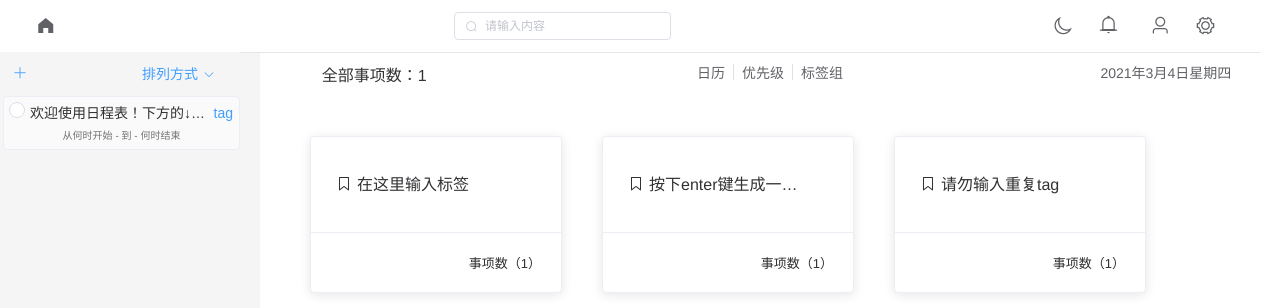
Repository: sierra0114/project01
Page: /#/tags
These files come from the project's save history. The page is drawn as it stood at one moment and after the next save; the edit follows.
The browser window is 1280 px wide. The pictures show the whole page.
The project was rebuilt for these pictures with package versions that can differ from the ones it lists, and the page was loaded fresh each time. Also part of the build but not shown: vue.config.js, src/components/Approaching.vue, src/components/Expired.vue, src/components/System.vue, src/components/Calendar.vue, src/components/User.vue, src/components/Login.vue, src/components/Register.vue and 2 more.

Above is the page before, as saved 2021-03-04 00:34:08.

### public/index.html
<!DOCTYPE html>
<html>

<head>
  <meta charset="utf-8">
  <meta name="viewport" content="width=device-width,initial-scale=1.0">
  <title>日程表</title>
  <style media="screen" type="text/css">
    body {
      font-family: "Helvetica Neue", Helvetica, "PingFang SC", "Hiragino Sans GB", "Microsoft YaHei", "微软雅黑", Arial, sans-serif;
      margin: 0;
      padding: 0;
      overflow-y: hidden;
      overflow-x: hidden;
      color: #333333;
      width: 100vw;
      height: 100vh;
    }

    #appLoading {
      width: 100%;
      height: 100%;
      background-color: rgb(130, 161, 177);
      z-index: 9999;
    }

    #loadingImg {
      border-radius: 50%;
      position: absolute;
      top: 45%;
      left: 48%;
      translate: 1s ease-in-out 0;
      animation: rotate 1s linear infinite;
    }


    /* 覆盖user页面里默认的图标颜色 */

    .el-icon-basketball:before {
      content: "\e7a5";
      color: rgb(224, 130, 53);
    }

    .el-icon-cold-drink:before {
      content: "\e7a5";
      color: rgb(235, 231, 47);
    }

    .el-icon-grape:before {
      content: "\e7a5";
      color: rgb(74, 55, 97);
    }

    .el-icon-apple:before {
      content: "\e7a5";
      color: rgb(175, 56, 56);
    }

    .el-icon-lollipop:before {
      content: "\e7a5";
      color: rgb(75, 165, 218);
    }

    .el-icon-coffee:before {
      content: "\e7a5";
      color: rgb(107, 79, 62);
    }

    .el-icon-user-solid:before {
      content: "\e7a5";
      color: rgb(227, 235, 243);
    }
  </style>
</head>

<body>
  <div id="appLoading">
    <div id="loadingImg">
      <svg t="1613764102468" class="icon" viewBox="0 0 1024 1024" version="1.1" xmlns="http://www.w3.org/2000/svg"
        p-id="6649" data-spm-anchor-id="a313x.7781069.0.i24" width="48" height="48">
        <path
          d="M546.462897 266.292966c-73.410207 0-133.15531-59.727448-133.155311-133.137656C413.307586 59.762759 473.05269 0 546.462897 0c73.410207 0 133.12 59.727448 133.12 133.15531 0 73.410207-59.709793 133.137655-133.12 133.137656z m-283.453794 105.736827c-67.054345 0-121.626483-54.554483-121.626482-121.644138s54.572138-121.644138 121.626482-121.644138a121.767724 121.767724 0 0 1 121.608828 121.644138c0 67.054345-54.554483 121.644138-121.608828 121.644138zM142.547862 647.185655A107.343448 107.343448 0 0 1 35.310345 539.895172a107.343448 107.343448 0 0 1 107.237517-107.237517 107.343448 107.343448 0 0 1 107.219862 107.237517 107.343448 107.343448 0 0 1-107.219862 107.272828z m120.461241 272.595862a91.047724 91.047724 0 0 1-90.941793-90.959448 91.065379 91.065379 0 0 1 90.924138-90.941793 91.065379 91.065379 0 0 1 90.941793 90.941793c0 50.14069-40.783448 90.959448-90.924138 90.959448zM546.462897 1024a79.518897 79.518897 0 0 1-79.448276-79.448276c0-43.820138 35.645793-79.448276 79.448276-79.448276a79.518897 79.518897 0 0 1 79.43062 79.448276c0 43.820138-35.628138 79.448276-79.448276 79.448276z m287.744-134.285241a64.194207 64.194207 0 0 1-64.123587-64.123587 64.194207 64.194207 0 0 1 64.123587-64.123586 64.194207 64.194207 0 0 1 64.123586 64.123586 64.194207 64.194207 0 0 1-64.123586 64.123587z m117.848275-296.695173a52.683034 52.683034 0 0 1-52.612413-52.612414 52.683034 52.683034 0 0 1 52.612413-52.630069 52.70069 52.70069 0 0 1 52.630069 52.612414 52.718345 52.718345 0 0 1-52.630069 52.630069z m-158.667034-338.696827a40.818759 40.818759 0 1 0 81.655172 0.017655 40.818759 40.818759 0 0 0-81.655172 0z"
          p-id="6650" data-spm-anchor-id="a313x.7781069.0.i23" class="" fill="#ffffff"></path>
      </svg>
    </div>
  </div>

  <div id="app"></div>

</body>

</html>

### src/layout/AppMain.vue
<template>
  <el-container>
    <el-header height="52px">

      <Header @to-appmain="refSidbar"></Header>

    </el-header>
    <el-container v-if="!noSidebar">
      <el-aside width="260px">

        <Sidbar ref="Sidbar"></Sidbar>

      </el-aside>
      <el-main>

        <router-view name="Main"></router-view>

      </el-main>

    </el-container>

  </el-container>
</template>
<script>
import Header from '../components/Header'
import Sidbar from '../components/Sidbar'
// import Main from '../components/Main'
import dataBase from '../data/dataBase.js'
export default {
  name: 'AppMain',
  components: {
    Header,
    Sidbar
  },
  computed: {},
  data () {
    return {
      msg: 'hello',
      noSidebar: false
    }
  },
  methods: {
    refSidbar (info) {
      this.$refs.Sidbar.passThisToForm(info)
    }
  },
  created () {
    dataBase() // 初始化数据库
  }
}
</script>
<style scoped>
.el-header,
.el-footer {
  text-align: center;
  line-height: 50px;
  height: 50px;
}
Header {
  line-height: 50px;
  height: 50px;
}

.el-aside {
  background-color: rgb(245, 245, 245);
  text-align: center;
}

.el-main {
  text-align: center;
  padding: 10px;
}

body > .el-container {
  margin-bottom: 0;
  width: 100vw;
  height: 100vh;
}

.el-container:nth-child(5) .el-aside,
.el-container:nth-child(6) .el-aside {
  line-height: 260px;
}

.el-container:nth-child(7) .el-aside {
  line-height: 320px;
}

/* header {
  display: flex;
  position: fixed;
  top: 0;
  left: 0;
  width: 100vw;
  height: 40px;
  background-color: rgb(255, 0, 0);
}
sidbar {
  display: flex;
  width: 200px;
  background-color: rgb(200, 255, 0);
}
main {
  position: relative;
  display: flex;

  top: 40px;
  left: 0;
  right: 0;
  background-color: rgb(0, 255, 13);
}
full-calendar {
flex-grow: 1;
  background-color: rgb(0, 255, 255);
} */
</style>

### src/components/Sidbar.vue


<template id='Sidbar'>
  <div class="Sidbar">
    <div class="container">
      <el-row>
        <el-col :span="24">
          <Form @bindFunc="getListFromForm" ref="drawer"></Form>
          <div class="view-change">
            <el-dropdown
              size="medium"
              placement="bottom"
              @command="handleCommand"
            >
              <span class="drop-down-link"
                >排列方式<i class="el-icon-arrow-down el-icon--right"></i
              ></span>
              <el-dropdown-menu slot="dropdown">
                <el-dropdown-item command="a">时间顺序</el-dropdown-item>
                <el-dropdown-item command="b">时间逆序</el-dropdown-item>
                <!-- <el-dropdown-item command="c">螺蛳粉</el-dropdown-item>
              <el-dropdown-item command="d" disabled>双皮奶</el-dropdown-item>
              <el-dropdown-item command="e" divided>蚵仔煎</el-dropdown-item> -->
              </el-dropdown-menu>
            </el-dropdown>
          </div>
        </el-col>
      </el-row>
    </div>

    <div class="empty"></div>
    <div class="cards" v-if="!isReverse">
      <SidbarCard
        v-for="item in this.resovedList"
        :key="item.reKey"
        :info="item"
        @openForm-between="passThisToForm"
      ></SidbarCard>
      <!-- info绑定的是子组件的props的属性 -->
    </div>
    <div class="cards" v-else>
      <SidbarCard
        v-for="item in this.resovedListReverse"
        :key="item.reKey"
        :info="item"
        @openForm-between="passThisToForm"
      ></SidbarCard>
      <!-- info绑定的是子组件的props的属性 -->
    </div>

    <div class="empty"></div>
  </div>
</template>

<script>
import SidbarCard from "./SidbarCard.vue";
import Form from "./Form";

export default {
  name: "Sidbar",
  data() {
    return {
      list: [], // 从数据库取得的所有数据数组
      resovedList: [], // 解析list以得到的缩略版本，顺序数组，传递给子组件sidbarCard
      resovedListReverse: [], // 和resovedList一样，逆序数组，传递给子组件sidbarCard

      // flag
      isReverse: false, // 数组是否逆序
    };
  },
  components: {
    SidbarCard,
    Form,
  },
  methods: {
    getListFromForm(list) {
      // eslint-disable-next-line no-unused-vars
      this.list = list;
    },
    getList() {
      let db; // 数据库对象
      let objStore; // 对象仓库
      let request; // 请求
      let transaction; // 连接事务
      let readRequest; // 读写事务

      request = window.indexedDB.open("db"); // 连接数据库
      request.onerror = () => {
        // 请求失败
        // console.log('连接数据库请求 失败 ！因为' + event)
      };

      request.onsuccess = (event) => {
        // 请求成功
        db = event.target.result;
        // db=request.result  一样的效果
        // console.log('连接数据库请求 成功 ')
        transaction = db.transaction("info", "readwrite"); // 开启读写事务
        objStore = transaction.objectStore("info"); // 指定事务为‘info’对象仓库的事务
        readRequest = objStore.getAll(null);

        readRequest.onerror = () => {
          // console.log('读写事务 失败！')
        };
        readRequest.onsuccess = () => {
          // console.log('读写事务 成功！已经获取到了list数据')
          this.list = readRequest.result;
          console.log("侧边栏获取到了list，它的值为：");
          console.log(this.list);
        };
      };
    },
    toColorClass(item) {
      let Class = "";
      let color = item.color;
      switch (color) {
        case "red":
          Class = "danger";
          break;
        case "blue":
          Class = "primary";
          break;
        case "green":
          Class = "success";
          break;
        case "yellow":
          Class = "warning";
          break;
        case "grey":
          Class = "info";
          break;
        case "":
          Class = "";
      }
      return Class;
    },
    getTime(item, num) {
      let timeObj = item.time[num];
      // eslint-disable-next-line valid-typeof
      if (typeof timeObj === null) {
        // time对象的类型为null（time对象为空
        return "时间对象不存在";
        // eslint-disable-next-line valid-typeof
      } else if (typeof timeObj === "string") {
        // time对象的类型为string（初始化数据的情况
        return timeObj;
      } else {
        let timetr = getTimeStr();
        return timetr;
      }
      function getTimeStr() {
        if (typeof timeObj === "object") {
          const day = timeObj.getDay();
          const date = timeObj.getDate();
          const month = timeObj.getMonth() + 1;
          const year = timeObj.getFullYear();
          const weekMap = [
            "",
            "星期一",
            "星期二",
            "星期三",
            "星期四",
            "星期五",
            "星期六",
            "星期日",
            "",
          ];
          const timeStr = year + "/" + month + "/" + date + " " + weekMap[day];
          return timeStr;
        }
      }
    },
    getTag(item) {
      let tags = [];
      let reTags = "";
      tags = item.tags;
      for (let i in tags) {
        reTags += "#" + tags[i] + " ";
      }
      return reTags;
    },
    getTagFlag(item) {
      let tags = [];
      tags = item.tags;

      if (tags.length === 0) {
        return false;
      } else {
        return true;
      }
    },
    getResovedList() {
      let resovedList = [];
      for (let i in this.list) {
        let item = this.list[i];
        let reTime = item.time;
        let reKey = item.key;
        let reMainText = item.mainText;
        let reColor = this.toColorClass(item);
        let reTimeFrom = this.getTime(item, 0);
        let reTimeTo = this.getTime(item, 1);
        let reTag = this.getTag(item);
        let tagFlag = this.getTagFlag(item);

        let resovedItem = {
          reTime,
          reMainText,
          reColor,
          reTimeFrom,
          reTimeTo,
          reTag,
          tagFlag,
          reKey,
        };

        resovedList.push(resovedItem);
      }
      resovedList.sort((a, b) => {
        return a.reTime[0] - b.reTime[0];
      });
      console.log("22222222222222");
      console.log(resovedList);
      return resovedList;
    },
    passThisToForm(keyOrInfo) {
      // 有两个调用来源：
      // 1从子组件sidbarCard的emit（参数为一个事项的key）
      // 2从父组件appmian的ref（参数为一个事项的全部信息）
      if (keyOrInfo.mainText) {
        let info = keyOrInfo;
        this.$refs.drawer.open(info); // 调用form的openForm方法
      } else {
        let key = keyOrInfo;
        for (let i in this.list) {
          if (this.list[i].key === key) {
            let info = this.list[i];
            this.$refs.drawer.open(info); // 调用form的openForm方法
            return;
          }
        }
      }
    },
    // --------------------------------------------------------------------------------------------------
    // --------------------------------------     下拉菜单指令     --------------------------------------
    // --------------------------------------------------------------------------------------------------
    handleCommand(command) {
      if (command === "a") {
        this.isReverse = false;
        console.log(this.isReverse);
        this.$message("正序");
      } else if (command === "b") {
        this.isReverse = true;
        console.log(this.isReverse);
        this.$message("逆序");
      }
    },
  },
  // --------------------------------------     whath     --------------------------------------
  watch: {
    list: {
      handler() {
        console.log("侧边栏的list更新了");
        this.resovedList = this.getResovedList();
        this.resovedListReverse = [...this.resovedList].reverse(); // 浅拷贝
        console.log("1111111111");
        console.log(this.resovedListReverse);
        console.log(this.resovedList);
      },
    },
    resovedList: {
      handler() {
        console.log("侧边栏的resovedList更新了");
      },
    },
  },
  // --------------------------------------     created     --------------------------------------

  created() {
    this.getList();
    console.log("侧边栏被创建了");
  },
  // --------------------------------------     beforeMount     --------------------------------------

  beforeMount() {
    this.resovedList = this.getResovedList();
  },
};
</script>

<!-- Add "scoped" attribute to limit CSS to this component only -->

<style scoped>
* {
  translate: 0.5s;
  font-weight: normal;
  font-size: 14px;
}
.Sidbar {
  display: block;
  background-color: rgb(245, 245, 245);

  max-height: 90vh;
  padding-right: 25px;
  overflow-y: auto;
  overflow-y: overlay;
  overflow-x: hidden;
}

.el-dropdown-link,
span {
  cursor: pointer;
  color: #409eff;
}
.el-icon-arrow-down {
  font-size: 12px;
}
.el-row {
  white-space: nowrap;
  width: fit-content;
  margin-top: 1px;

  position: fixed;
  width: 230px;
  background-color: rgb(245, 245, 245);
}
.el-col {
  display: flex;
  justify-content: space-between;
  align-items: center;
}
.container {
  position: fixed;
  width: 240px;
  height: 42px;
  background-color: rgb(245, 245, 245);
}
.newButton {
  font-size: bolder;
  padding-left: 20px;
}
.view-change {
  padding-right: 15px;
}
.empty {
  background-color: rgb(245, 245, 245);
  height: 42px;
}
.el-divider {
  top: 40px;
  margin: 0;
}
</style>

### src/components/Main.vue
<template>
  <div class="main">
    <el-row class="nav">
      <el-col :span="5">全部事项数：{{ eventsCountAll }}</el-col>

      <el-col :span="14">
        <router-link :to="{ name: 'calendar' }">
          <el-link>日历</el-link>
        </router-link>

        <el-divider direction="vertical"></el-divider>

        <router-link :to="{ name: 'priority' }">
          <el-link>优先级</el-link>
        </router-link>

        <el-divider direction="vertical"></el-divider>

        <router-link :to="{ name: 'tags' }">
          <el-link>标签组</el-link>
        </router-link>
      </el-col>
      <el-col :span="5">
        <el-link v-on:click="toToday">{{ today }}</el-link>
      </el-col>
    </el-row>
    <el-row class="view">
      <router-view></router-view>
    </el-row>
  </div>
</template>

<script>
import router from "../router";

export default {
  name: "Main",
  data() {
    return {
      today: "今天",

      // 事项计数
      eventsCountAll: 0,
      eventsCountOngoing: 0,
      eventsCountExpired: 0,

      thisMonth: 0,
    };
  },
  components: {},
  methods: {
    toToday() {
      router.push({
        name: "calendar",
        time: this.today,
      });
    },
    updatingToday() {
      setInterval(() => {
        const time = new Date();
        this.today = time;
        const day = time.getDay();
        const date = time.getDate();
        const month = time.getMonth() + 1;
        const year = time.getFullYear();
        const weekMap = [
          "",
          "星期一",
          "星期二",
          "星期三",
          "星期四",
          "星期五",
          "星期六",
          "星期日",
          "",
        ];
        const timeStr = year + "年" + month + "月" + date + "日" + weekMap[day];
        this.today = timeStr;
      }, 1000);
    },
    getEventsCount() {
      let db; // 数据库对象
      let objStore; // 对象仓库
      let request; // 请求
      let transaction; // 连接事务
      let readRequest; // 读写事务

      request = window.indexedDB.open("db"); // 连接数据库
      request.onerror = () => {
        // 请求失败
        // console.log('连接数据库请求 失败 ！因为' + event)
      };

      request.onsuccess = (event) => {
        // 请求成功
        db = event.target.result;
        // db=request.result  一样的效果
        // console.log('连接数据库请求 成功 ')
        transaction = db.transaction("info", "readwrite"); // 开启读写事务
        objStore = transaction.objectStore("info"); // 指定事务为‘info’对象仓库的事务
        readRequest = objStore.getAll(null);

        readRequest.onerror = () => {
          // console.log('读写事务 失败！')
        };
        readRequest.onsuccess = () => {
          // console.log('读写事务 成功！已经获取到了list数据')
          let list = readRequest.result;
          this.eventsCountAll = list.length;
          // alert(list.length)
        };
      };
    },
  },
  created() {
    this.updatingToday();
    this.getEventsCount();
  },
  updated() {
    this.getEventsCount();
  },
};
</script>

<!-- Add "scoped" attribute to limit CSS to this component only -->

<style scoped>
* {
  translate: 0.5s;
  font-weight: normal;
  font-size: 16px;
}

.router-view {
  display: block;
  overflow-y: scroll;
  overflow-x: auto;
}

.nav {
  padding-bottom: 10px;
}

a {
  text-decoration: none;
}

a:link {
  color: black;
}

a:visited {
  color: black;
}

a:hover {
  color: black;
}

a:active {
  color: black;
}

.router-link-active {
  text-decoration: none;
}
</style>

### src/components/Tags.vue
<template>
  <div class="container">
    <div v-for="(item, index) in tags" :key="index">
      <el-card
        style="text-align: left"
        :ref="index"
        class="hide"
        @mouseover.native="show(index)"
        @mouseout.native="hide(index)"
        @click.native="handleClick(index)"
      >
        <div slot="header" class="clearfix">
          <p
            ><i class="el-icon-collection-tag" style="margin-right: 5px"> </i
            >{{ item.tagNamw }}</p
          >
        </div>
        <div class="count">事项数（{{ item.tagCount }}）</div>
      </el-card>
    </div>
  </div>
</template>
<script>
import { store, mutations } from "../store";

export default {
  name: "Tags",
  data() {
    return {
      infolist: [],

      tags: [],
      tag: { tagCount: 0, tagNamw: "" },
      oldClass: "",
    };
  },
  methods: {
    show(index) {
      let oldClass = this.$refs[index][0].$el.className;
      let newClass = oldClass + " show";
      this.oldClass = this.$refs[index][0].$el.className;
      this.$refs[index][0].$el.className = newClass;
      // console.log(this.$refs[index][0].$el.className);
    },
    hide(index) {
      this.$refs[index][0].$el.className = this.oldClass;
      // console.log(this.$refs[index][0].$el.className);
    },
    handleClick(index) {
      let tag = this.tags[index];
      let infoArr = tag.infoArr;
      console.log(infoArr);
    },
    resolveListToTags() {
      //把indolist里面的信息转化到tags中
      let uniqTag = this.getUniqTags;
      let tagArr = [];

      for (let index in uniqTag) {
        let temp = this.querryTag(uniqTag[index]);
        let tag = {};
        tag.tagNamw = uniqTag[index];
        tag.tagCount = temp.length;
        tag.infoArr = temp;
        tagArr.push(tag);
      }
      this.tags = [...tagArr];
      this.$forceUpdate();
      // alert("更新视图");
    },
    querryTag(tag) {
      //根据tag查找对应的事项
      let temp = [];
      for (let i in this.infolist) {
        for (let j in this.infolist[i].tags) {
          if (this.infolist[i].tags[j] === tag) {
            temp.push(this.infolist[i]);
            break;
          }
        }
      }
      console.log(temp);
      return temp;
    },
    updateInfo() {
      let db; // 数据库对象
      let objStore; // 对象仓库
      let request; // 请求
      let transaction; // 连接事务
      let readRequest; // 读写事务

      request = window.indexedDB.open("db"); // 连接数据库
      request.onerror = () => {
        // 请求失败
        alert("连接数据库请求 失败 ！因为" + event);
      };

      request.onsuccess = (event) => {
        // 请求成功
        db = event.target.result;
        // db=request.result  一样的效果
        // console.log('连接数据库请求 成功 ')
        transaction = db.transaction("info", "readwrite"); // 开启读写事务
        objStore = transaction.objectStore("info"); // 指定事务为‘info’对象仓库的事务
        readRequest = objStore.getAll(null);

        readRequest.onerror = () => {
          alert("读写事务 失败！");
        };
        readRequest.onsuccess = () => {
          // console.log('读写事务 成功！已经获取到了list数据')
          this.infolist = readRequest.result;
          this.resolveListToTags();
          // alert("更新数据");
          mutations.setUpdateFlag(false);
        };
      };
    },
  },
  computed: {
    updateFlag() {
      return store.updateFlag;
    },
    getUniqTags: function () {
      let uniqTag = [];
      let allTags = [];

      for (let index in this.infolist) {
        let arr = this.infolist[index].tags;
        allTags = [...allTags, ...arr];
      }

      for (let i = 0; i < allTags.length; i++) {
        for (let j = i + 1; j < allTags.length; j++) {
          if (allTags[i] === allTags[j]) {
            //如果存在相等的两个tag
            i++; //进入下一层i循环
            j = i;
          }
        }
        uniqTag.push(allTags[i]);
        console.log(uniqTag);
      }
      return uniqTag;
    },
  },
  watch: {
    updateFlag: function () {
      // alert("watch检测到upstateflag更新");
      if (store.updateFlag === true) {
        this.updateInfo();
      }
    },
  },
  created() {
    this.updateInfo();
  },
};
</script>
<style scoped>
.container {
  display: flex;
  flex-flow: row wrap;
  margin: 20px;
}
.el-card {
  width: 250px;
  margin: 20px;
}
p {
  padding: 0 0 3px 5px;
  width: 180px;
  word-wrap: break-word;
  display: -webkit-box;
  -webkit-box-orient: vertical;
  /* 超过几行文字会被省略
   */
  -webkit-line-clamp: 1;
  overflow: hidden;
}
.count {
  text-align: right;
  font-size: 13px;
}
.show {
  cursor: pointer;
  background: rgb(245, 245, 245);
}
.hide {
  cursor: pointer;
}
</style>

### src/components/SidbarCard.vue
<template>
  <transition name="card">
    <el-card class="box-card" shadow="hover" :body-style="{ padding: '5px' }">
      <div class="clearfix">
        <div class="left">
          <el-button
            :type="info.reColor"
            size="mini"
            v-on:click="deleteInfo"
            circle
          ></el-button>
          <!-- 优先级：   红  >   黄    >蓝>    绿
           type= "danger">"warning">"">"success" -->

          <span
            class="info"
            :title="info.reMainText"
            v-on:click="openFormEmit"
            >{{ info.reMainText }}</span
          >
        </div>
        <el-tooltip
          v-if="info.tagFlag"
          effect="dark"
          :content="info.reTag"
          placement="right"
        >
          <el-button
            style="float: right; padding: 3px 0"
            type="text"
            v-on:click="openTags"
            >tag</el-button
          ></el-tooltip
        >
      </div>

      <p class="time" v-on:click="openFormEmit">
        {{ info.reTimeFrom }}<span> - 到 - </span>{{ info.reTimeTo }}
      </p>
    </el-card>
  </transition>
</template>
<script>
import router from "../router";
import { mutations } from "../store";

export default {
  name: "SidbarCard",
  data() {
    return {};
  },
  props: {
    info: Object,
  },
  methods: {
    deleteInfo() {
      // alert(this.info.reKey)
      let db; // 数据库对象
      let objStore; // 对象仓库
      let request; // 请求
      let transaction; // 连接事务
      let readRequest; // 读写事务

      request = window.indexedDB.open("db"); // 连接数据库
      request.onerror = () => {
        // alert('打开数据库失败！')
      };

      request.onsuccess = (event) => {
        // alert('打开数据库成功！')
        db = event.target.result;
        transaction = db.transaction("info", "readwrite"); // 开启读写事务
        objStore = transaction.objectStore("info"); // 指定事务为‘info’对象仓库的事务
        readRequest = objStore.delete(this.info.reKey);

        // 点击颜色圆点要通过key检索到并且从数据库中删除这个事项，目前没有实现从数据库中删除的功能，key是原因

        readRequest.onerror = () => {
          // alert('删除失败！')
        };
        readRequest.onsuccess = () => {
          // eslint-disable-next-line no-unused-expressions
          // console.log(this.$parent)
          this.$parent.getList(); // 更新sidbar视图
          // alert('删除成功！')
          mutations.setUpdateFlag(true);
        };
      };
    },
    openTags() {
      // 点击tag打开tag视图
      router.push({ name: "tags", key: this.info.reKey });
    },
    openFormEmit() {
      // 点击卡片打开form
      this.$emit("openForm-between", this.info.reKey);
    },
  },
  watch: {
    info: {
      handler(oldInfo, newInfo) {
        console.log("新的info值为：");
        console.log("卡片里的info更新了");
        console.log(newInfo);
      },
    },
  },
};
</script>
<style scoped>
* {
  font-weight: normal;
  /* font-size: 14px;   不知道为什么这条会覆盖下面的    font-size: 10px; */
}

.item {
  margin-bottom: 18px;
}

.clearfix {
  text-align: left;
  display: flex;
  flex-flow: row nowrap;
  align-items: flex-start;
  justify-content: space-between;
}
.left {
  text-align: left;
  display: flex;
  flex-flow: row nowrap;
  align-items: flex-start;
  justify-content: space-between;
}
.info {
  padding: 0 0 3px 5px;
  width: 180px;
  word-wrap: break-word;
  display: -webkit-box;
  -webkit-box-orient: vertical;
  /* 超过几行文字会被省略
   */
  -webkit-line-clamp: 1;
  overflow: hidden;
  cursor: pointer;
}
/* ////////////////////////////////////   动画-start    //////////////////////////////////////////////// */
.card-enter-active {
  transition: all 0.3s ease;
}
.card-leave-active {
  transition: all 0.2s cubic-bezier(1, 0.5, 0.8, 1);
}
.card-enter,.card-leave-to
/* .slide-fade-leave-active for below version 2.1.8 */ {
  transform: translateX(10px);
  opacity: 0;
}
/* ////////////////////////////////////   动画-end    //////////////////////////////////////////////// */

.time {
  cursor: pointer;
}
p {
  margin: 2px;
  color: rgb(114, 114, 114);
  font-size: 10px;
}
.el-row {
  z-index: 0;
}
.box-card {
  padding: 0px;
  margin: 2px 2px 2px 3px;
  width: 100%;
  background-color: rgba(255, 255, 255, 0.479);
}
</style>

Loaded but not shown: src/style/theme/index.css (library); src/data/dataBase.js (183 lines, source omitted); src/router/index.js (85 lines, source omitted); src/main.js (41 lines, source omitted); src/store/index.js (11 lines, source omitted); src/components/Form.vue (866 lines, source omitted); src/components/Header.vue (339 lines, source omitted)

After the next save:
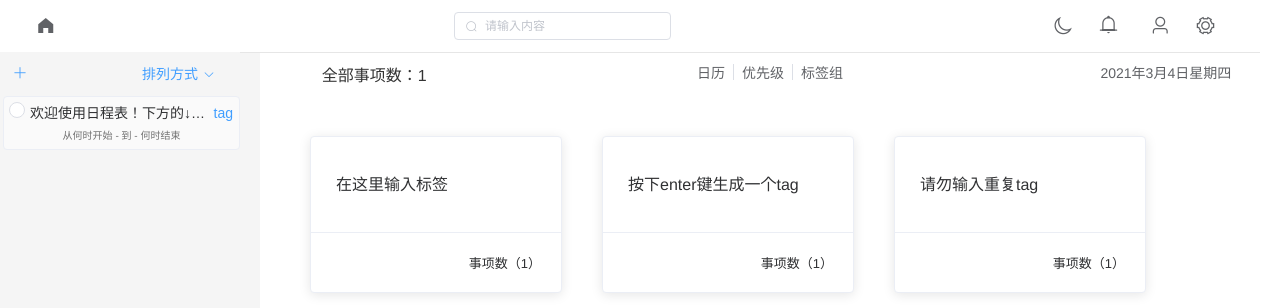
Saved 6 s later.
--- a/src/components/Tags.vue
+++ b/src/components/Tags.vue
@@ -10,10 +10,7 @@
         @click.native="handleClick(index)"
       >
         <div slot="header" class="clearfix">
-          <p
-            ><i class="el-icon-collection-tag" style="margin-right: 5px"> </i
-            >{{ item.tagNamw }}</p
-          >
+          <p>{{ item.tagNamw }}</p>
         </div>
         <div class="count">事项数（{{ item.tagCount }}）</div>
       </el-card>
